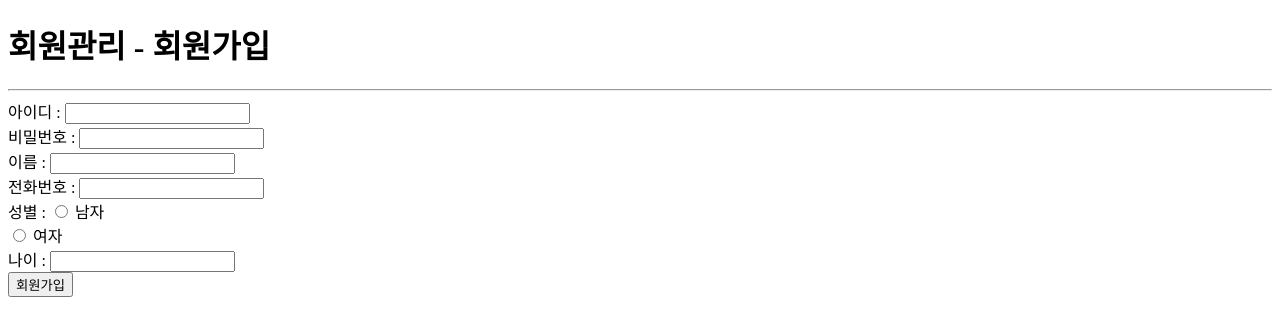
Repository: wona-owo/Spring
Page: http://localhost/01_spring_mybatis/WEB-INF/views/member/join.jsp
An editor plug-in stored every save of this project. The page is shown before and after the next save, followed by the edit.
The browser window is 1280 px wide. The pictures show the whole page.
The page is served by Tomcat 9. Nobody is signed in. The template is opened directly, without the code that normally fills it, so the values that code supplies are empty.

Above is the page before, as saved 2024-12-04 05:20:53.

After the next save:
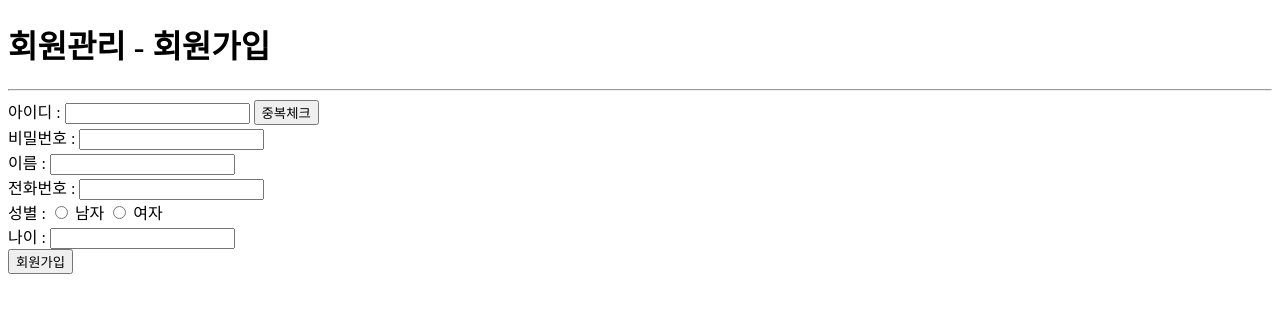
Saved 76 s later.
--- a/01_spring_mybatis/src/main/webapp/WEB-INF/views/member/join.jsp
+++ b/01_spring_mybatis/src/main/webapp/WEB-INF/views/member/join.jsp
@@ -5,6 +5,7 @@
 <head>
 <meta charset="UTF-8">
 <title>Insert title here</title>
+<script src="https://code.jquery.com/jquery-3.6.0.min.js"></script>
 </head>
 <body>
 	<h1>회원관리 - 회원가입</h1>
@@ -12,11 +13,11 @@
 	<hr>
 
 	<form action="/member/join.kh" method="post">
-		아이디 : <input type="text" name="memberId"> <br>
+		아이디 : <input type="text" name="memberId"> <button type ="button" id="idDuplChk">중복체크</button>  <br>
 		비밀번호 : <input type="password" name="memberPw"> <br>
 		이름 : <input type="text" name="memberName"> <br>
 		전화번호 : <input type="text" name="memberPhone"> <br>
-		성별 : <input type="radio" name="memberGender" value="M"> 남자 <br>
+		성별 : <input type="radio" name="memberGender" value="M"> 남자
 			  <input type="radio" name="memberGender" value="W"> 여자 <br>
 		나이 : <input type="text" name="memberAge"> <br>
 
